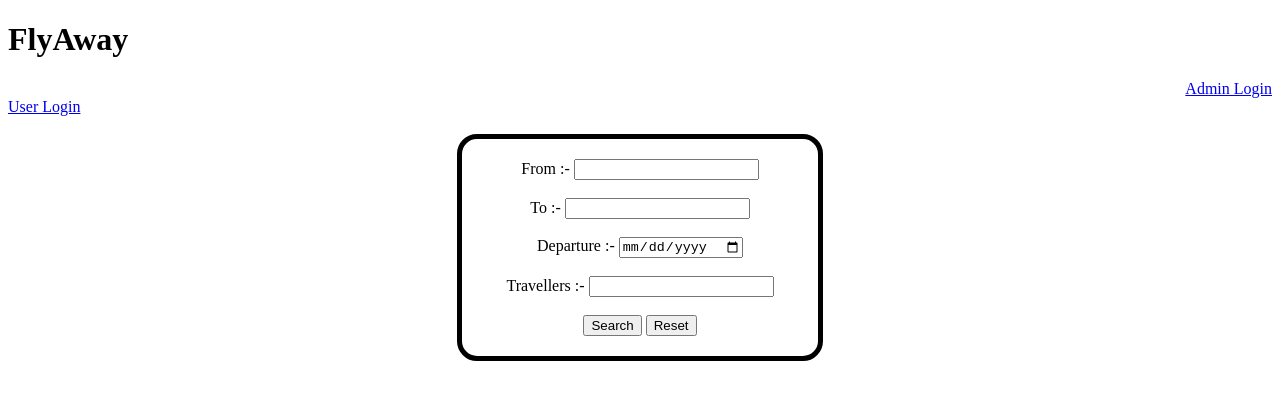
Repository: Kishore-kj/PhaseTwo
Page: http://localhost/FlyAway/HomePage.jsp
The author's editor kept a copy of each file at every save. The page is drawn from the files as they stood at one save, then again after the next save.
The browser window is 1280 px wide. The pictures show the whole page.
The page is served by Tomcat 9. Other server files are loaded and not shown.

Above is the page before, as saved 2022-08-13 07:58:52.

### FlyAway/src/main/webapp/HomePage.jsp
<%@ page language="java" contentType="text/html; charset=ISO-8859-1"
    pageEncoding="ISO-8859-1"%>
    <%@ page import = "java.util.*" %>

<!DOCTYPE html>
<html>
<head>
<meta charset="ISO-8859-1">
<title>Parakkurom..</title>

</head>
<body>
<h1>FlyAway</h1>

<div align="right">
<a href="AdminPage.jsp">Admin Login</a>
</div>
<%
	@SuppressWarnings("unchecked")
	HashMap<String,String> user=(HashMap<String,String>)session.getAttribute("user");
	if(user!=null){
%>
<p>Welcome <%=user.get("name") %></p>
<a href="Logout">Logout</a>
<%
	}else{
%>
<a href=UserPage.jsp>User Login</a>
<%
	}
%>
<br><br>
<center>
<div style="border:5px solid black;width:25%;border-radius:20px;padding:20px" align="center">
<form action=FlightList method=post>
	<label for=from>From :-</label> <input type=text name=from id=from/><br><br>
	<label for=to>To :-</label> <input type=text name=to id=to/><br><br>
	<label for=departure>Departure :-</label> <input type=date name=departure id=departure/><br><br>
	<label for=travellers>Travellers :-</label> <input type=number name=travellers id=travellers/><br><br>
	<input type=submit value=Search /> <input type=reset />
</form>
</div>
</center>
</body>
</html>

After the next save:
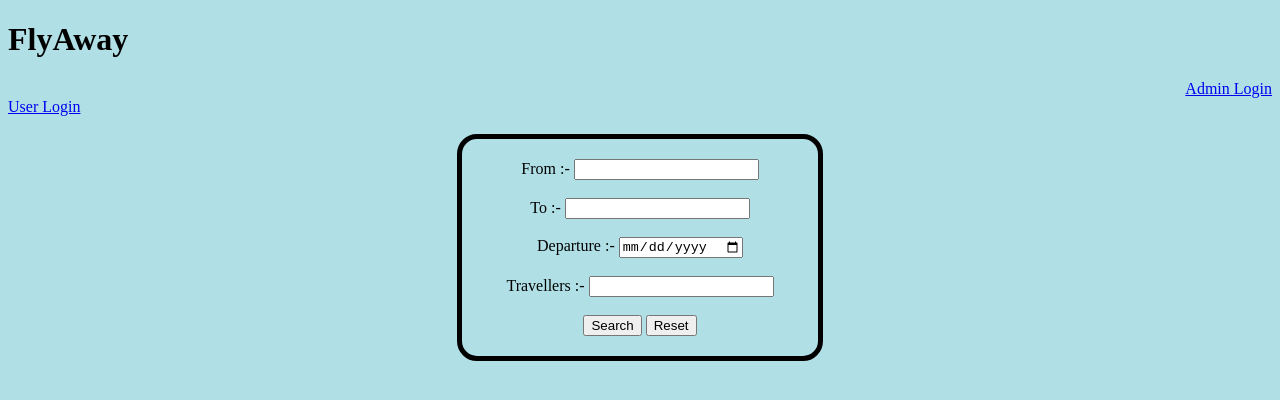
Saved 77 min 36 s later.
--- a/FlyAway/src/main/webapp/HomePage.jsp
+++ b/FlyAway/src/main/webapp/HomePage.jsp
@@ -9,7 +9,7 @@
 <title>Parakkurom..</title>
 
 </head>
-<body>
+<body style="background-color:powderblue;">
 <h1>FlyAway</h1>
 
 <div align="right">
